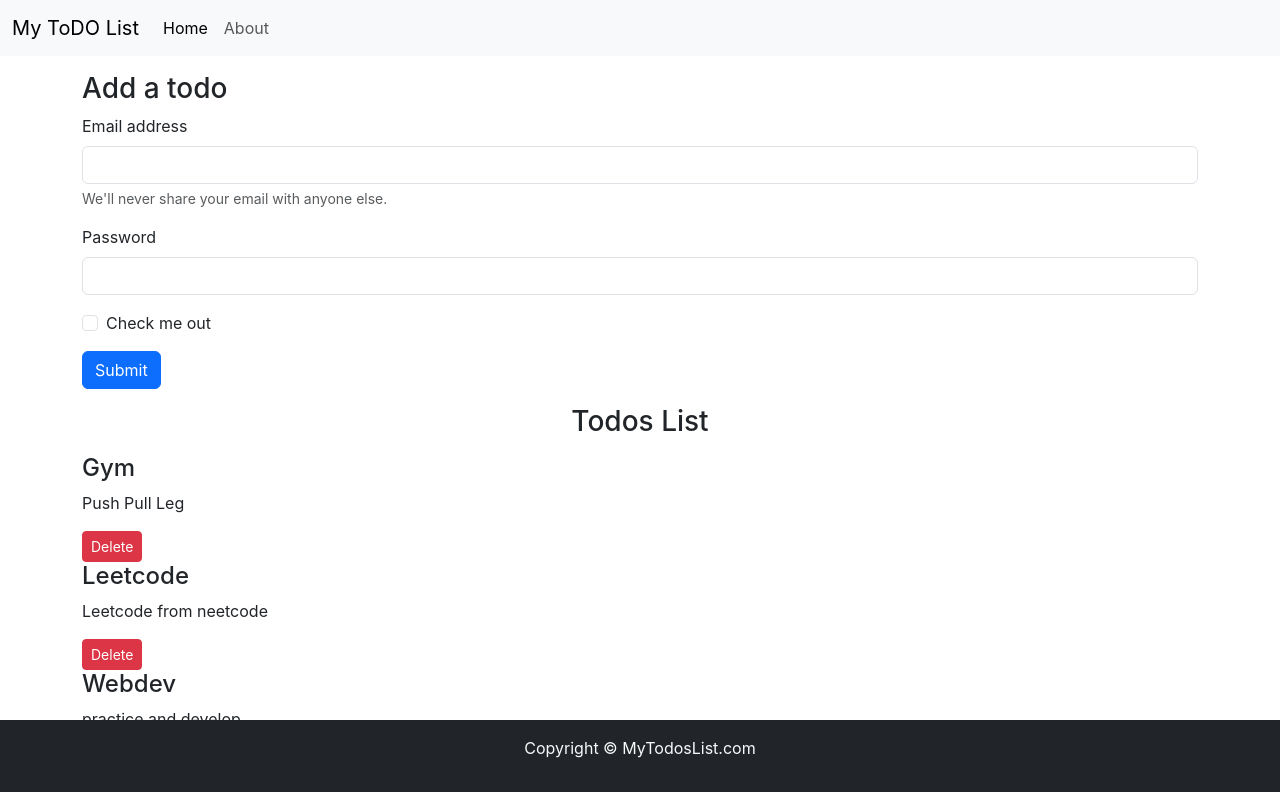
Repository: AshwinUgale/ToDoList
Page: /
The author's editor kept a copy of each file at every save. The page is drawn from the files as they stood at one save, then again after the next save.
The browser window is 1280 px wide. The pictures show the whole page.
The project was rebuilt for these pictures with package versions that can differ from the ones it lists, and the page was loaded fresh each time. Also part of the build but not shown: src/App.css.

Above is the page before, as saved 2024-12-21 17:02:59.

After the next save:
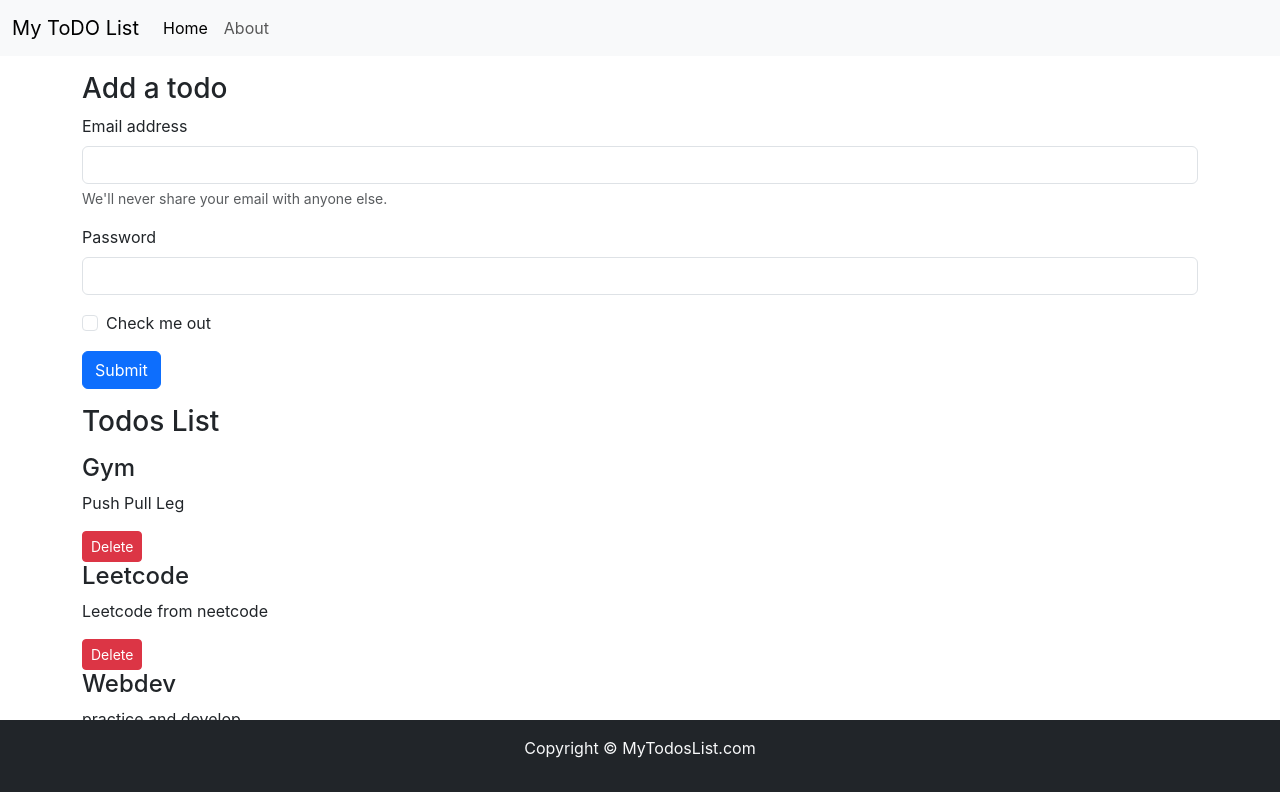
Saved 19 s later.
--- a/src/MyComponents/Todos.js
+++ b/src/MyComponents/Todos.js
@@ -4,7 +4,7 @@ import {TodoItem } from "../MyComponents/TodoItem";
 export const Todos = (props) => {
   return (
     <div className="container">
-        <h3 className="text-center my-3">Todos List</h3>
+        <h3 className="my-3">Todos List</h3>
         {props.todos.length===0? "No todos to display":
         props.todos.map((todo)=>{
           return <TodoItem todo={todo} key={todo.sno} onDelete={props.onDelete}/>
